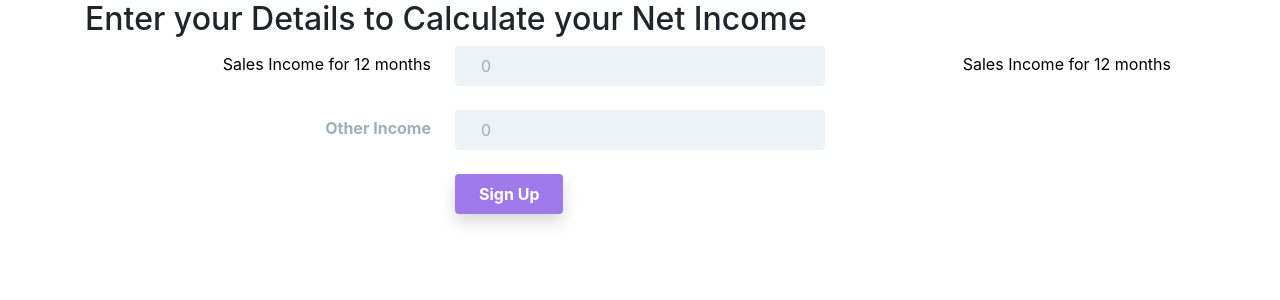
Repository: latenightsnacc/Financial-Forecast
Page: financial-forecast.html
The author's editor kept a copy of each file at every save. The page is drawn from the files as they stood at one save, then again after the next save.
The browser window is 1280 px wide. The pictures show the whole page.

Above is the page before, as saved 2020-11-15 11:38:18.

### financial-forecast.html
<!DOCTYPE html>
<html lang="en">
<head>
    <meta charset="UTF-8">
    <meta name="viewport" content="width=device-width, initial-scale=1.0">
    <!--Tailwind CDN-->
    <link rel="stylesheet" href="https://cdnjs.cloudflare.com/ajax/libs/tailwindcss/1.9.6/base.min.css" integrity="sha512-hEjkvMSM0ql6VJcNK0gTmjt9ar8F2yHeBUbJKtyvQhkkbGMhiJ4+MaiB8XxsthLAHJx5vy2I9dN0un8HiWG2LA==" crossorigin="anonymous" />
    <link rel="stylesheet" href="https://cdnjs.cloudflare.com/ajax/libs/tailwindcss/1.9.6/components.min.css" integrity="sha512-TizAONqhvXjEfRPhptSUkZNVU497PzAnXNGNUoeOjeni4dHpJ+ak+ZsyoGna20LH/yg1PvdufN1VbnVQeVDftg==" crossorigin="anonymous" />
    <link rel="stylesheet" href="https://cdnjs.cloudflare.com/ajax/libs/tailwindcss/1.9.6/tailwind.css" integrity="sha512-HY1FOTeAX9idUBWDhVDrBg8QUHBisKVQ4BCVj1jFo5z76mk87w4Rr5YGP8nBkcGmoMzqYvdeXHMOg/olF45z3g==" crossorigin="anonymous" />
    <link rel="stylesheet" href="https://cdnjs.cloudflare.com/ajax/libs/tailwindcss/1.9.6/utilities.min.css" integrity="sha512-0QJfuLKyYJWGB5hKArJW67xqMLDlR8YaLM/ZuW2mRn4NRwHNsGm7UuREc5Fu7jONHyewPKnGODY0N8G+FQbfxg==" crossorigin="anonymous" />
    <!--Bootstrap CDN-->
    <link rel="stylesheet" href="https://cdn.jsdelivr.net/npm/bootstrap@4.5.3/dist/css/bootstrap.min.css" integrity="sha384-TX8t27EcRE3e/ihU7zmQxVncDAy5uIKz4rEkgIXeMed4M0jlfIDPvg6uqKI2xXr2" crossorigin="anonymous">
    <title>Financial Forecast |Resaads Consults - Think Millenial</title>
</head>
<body>
    <div class="container">
        <!--Navigation-->
    </div>
    <div class="wrapper">
        <div class="container">
            <h2 class="title">Enter your Details to Calculate your Net Income</h2>
        </div>
        <div class="container">
            <form class="w-full max-w-none">
                <!--Sales Income-->
                <div class="md:flex md:items-center mb-6">
                  <div class="md:w-1/3">
                    <label class="block text-black font-500 md:text-right mb-1 md:mb-0 pr-4" for="inline-full-name" placeholder="0">
                      Sales Income for 12 months
                    </label>
                  </div>
                  <div class="md:w-1/3">
                    <input class="bg-gray-200 appearance-none border-2 border-gray-200 rounded w-full py-2 px-4 text-gray-700 leading-tight focus:outline-none focus:bg-white focus:border-grey-500" id="inline-full-name" type="text" placeholder="0">
                  </div>
                  <div class="md:w-1/3">
                    <label class="block text-black font-500 md:text-right mb-1 md:mb-0 pr-4 float-right" for="inline-full-name" >
                      Sales Income for 12 months
                    </label>
                  </div>
                </div>
                <!--Other Income-->
                <div class="md:flex md:items-center mb-6">
                  <div class="md:w-1/3">
                    <label class="block text-gray-500 font-bold md:text-right mb-1 md:mb-0 pr-4" for="inline-password">
                      Other Income
                    </label>
                  </div>
                  <div class="md:w-1/3">
                    <input class="bg-gray-200 appearance-none border-2 border-gray-200 rounded w-full py-2 px-4 text-gray-700 leading-tight focus:outline-none focus:bg-white focus:border-grey-500" id="inline-password" type="text" placeholder="0">
                  </div>
                </div>

                <div class="md:flex md:items-center">
                  <div class="md:w-1/3"></div>
                  <div class="md:w-2/3">
                    <button class="shadow bg-purple-500 hover:bg-purple-400 focus:shadow-outline focus:outline-none text-white font-bold py-2 px-4 rounded" type="button">
                      Sign Up
                    </button>
                  </div>
                </div>
              </form>
        </div>
    </div>
    <!--Bootstrap Scripts-->
    <script src="https://code.jquery.com/jquery-3.5.1.slim.min.js" integrity="sha384-DfXdz2htPH0lsSSs5nCTpuj/zy4C+OGpamoFVy38MVBnE+IbbVYUew+OrCXaRkfj" crossorigin="anonymous"></script>
    <script src="https://cdn.jsdelivr.net/npm/popper.js@1.16.1/dist/umd/popper.min.js" integrity="sha384-9/reFTGAW83EW2RDu2S0VKaIzap3H66lZH81PoYlFhbGU+6BZp6G7niu735Sk7lN" crossorigin="anonymous"></script>
    <script src="https://cdn.jsdelivr.net/npm/bootstrap@4.5.3/dist/js/bootstrap.min.js" integrity="sha384-w1Q4orYjBQndcko6MimVbzY0tgp4pWB4lZ7lr30WKz0vr/aWKhXdBNmNb5D92v7s" crossorigin="anonymous"></script>
</body>
</html>

After the next save:
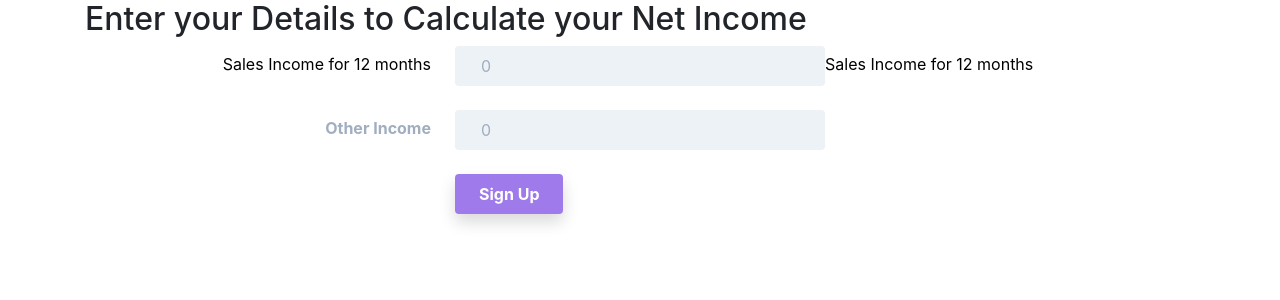
Saved 12 s later.
--- a/financial-forecast.html
+++ b/financial-forecast.html
@@ -33,7 +33,7 @@
                     <input class="bg-gray-200 appearance-none border-2 border-gray-200 rounded w-full py-2 px-4 text-gray-700 leading-tight focus:outline-none focus:bg-white focus:border-grey-500" id="inline-full-name" type="text" placeholder="0">
                   </div>
                   <div class="md:w-1/3">
-                    <label class="block text-black font-500 md:text-right mb-1 md:mb-0 pr-4 float-right" for="inline-full-name" >
+                    <label class="block text-black font-500 md:text-right mb-1 md:mb-0 pr-4 float-left" for="inline-full-name" >
                       Sales Income for 12 months
                     </label>
                   </div>
